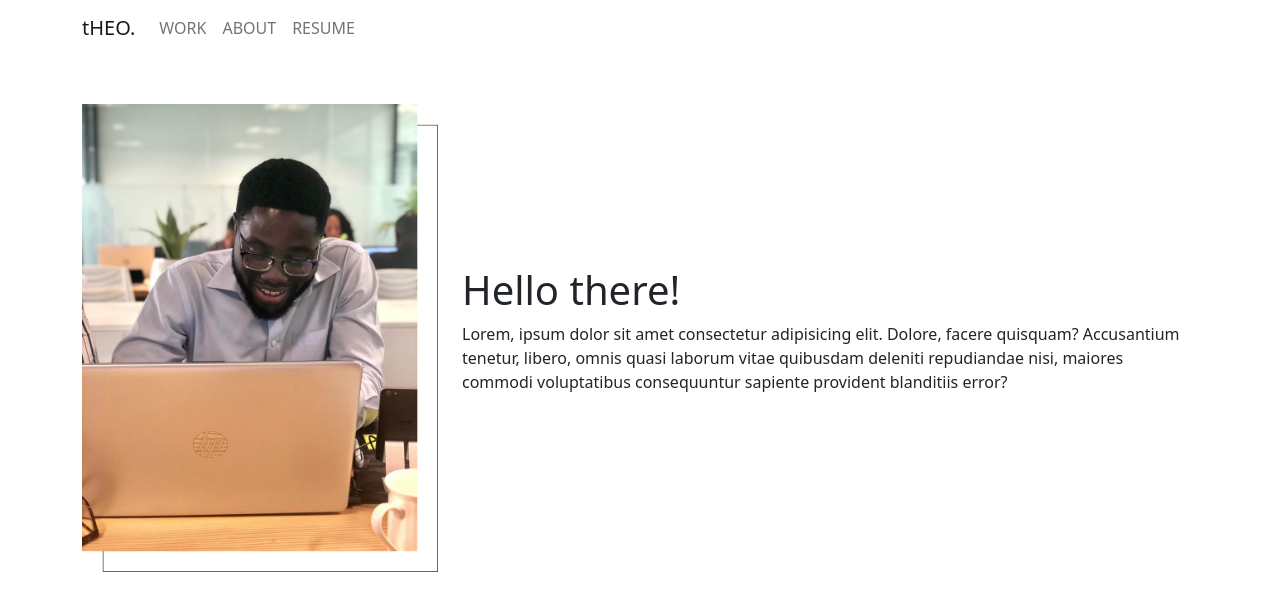
Repository: tHEO2k17/portfolio
Page: /
An editor plug-in stored every save of this project. The page is shown before and after the next save, followed by the edit.
The browser window is 1280 px wide. The pictures show the whole page.
The project was rebuilt for these pictures with package versions that can differ from the ones it lists, and the page was loaded fresh each time.

Above is the page before, as saved 2021-07-21 23:04:14.

After the next save:
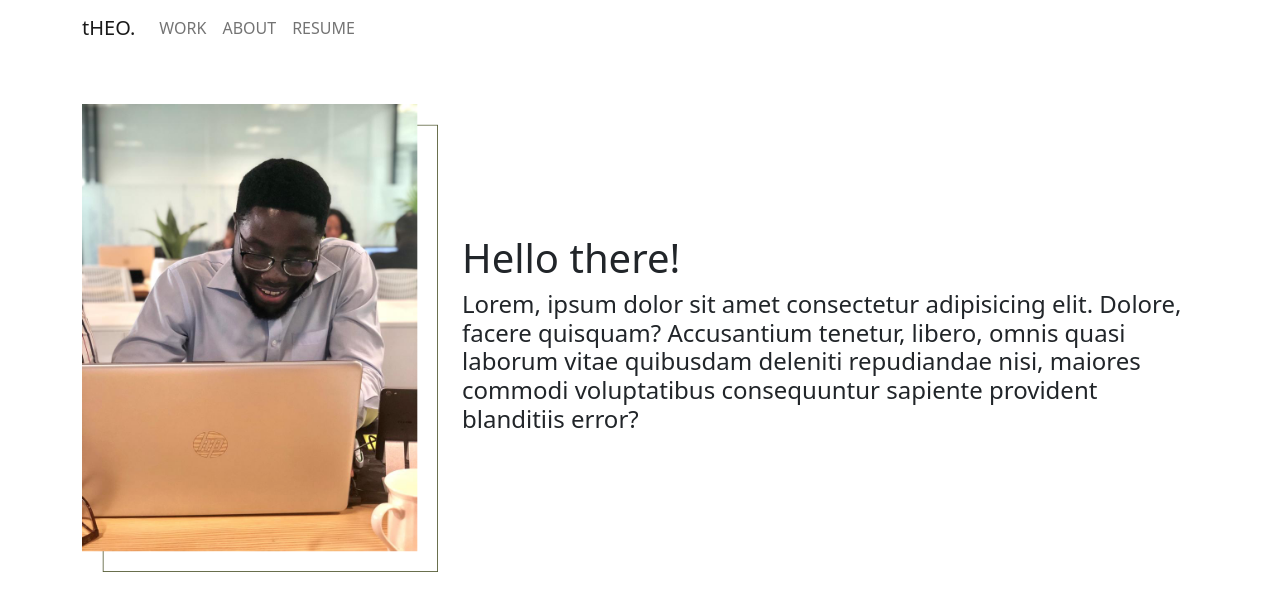
Saved 17 s later.
--- a/src/presentation/pages/HomePage.tsx
+++ b/src/presentation/pages/HomePage.tsx
@@ -23,9 +23,9 @@ export default function HomePage() {
                         <Col md="4"> <Image src="assets/images/theo.png" fluid /> </Col>
                         <Col>
                             <h1>Hello there!</h1>
-                            <p>
+                            <h4>
                                 Lorem, ipsum dolor sit amet consectetur adipisicing elit. Dolore, facere quisquam? Accusantium tenetur, libero, omnis quasi laborum vitae quibusdam deleniti repudiandae nisi, maiores commodi voluptatibus consequuntur sapiente provident blanditiis error?
-                            </p>
+                            </h4>
                         </Col>
                     </Row>
                 </Container>
